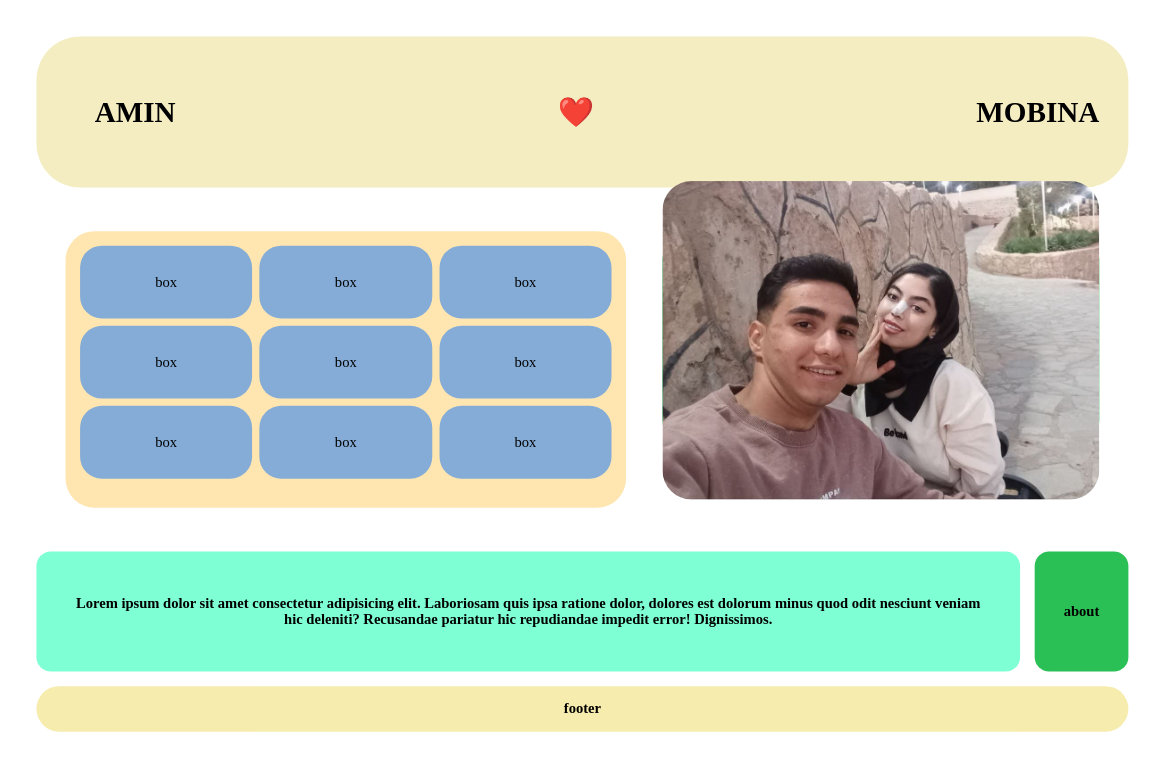
Repository: aminsheikhan/amins-github
Page: ui1.html
The author's editor kept a copy of each file at every save. The page is drawn from the files as they stood at one save, then again after the next save.
The browser window is 1280 px wide. The pictures show the whole page, at 91% of full size.

Above is the page before, as saved 2026-01-07 18:11:10.

After the next save:
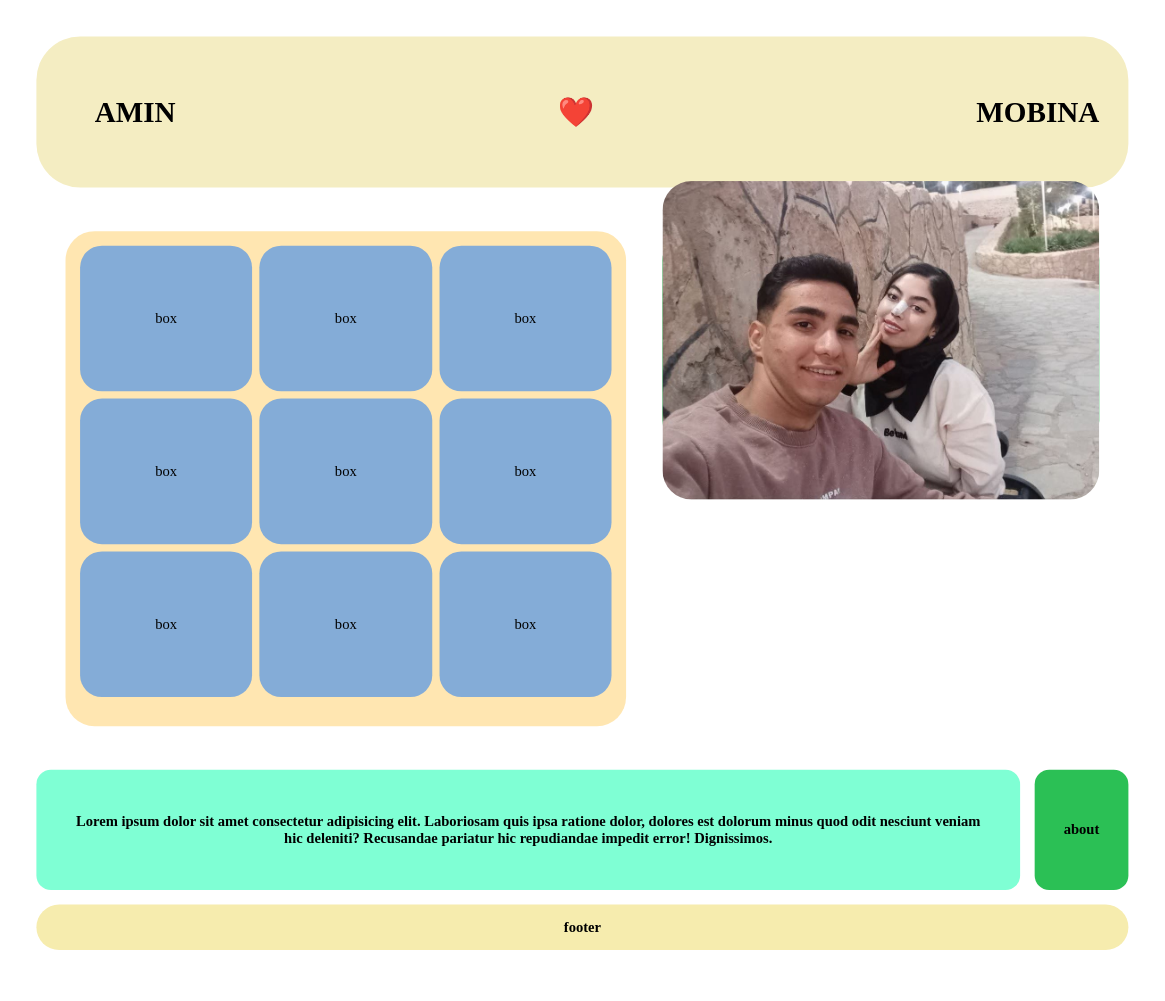
Saved 9 s later.
--- a/ui1.css
+++ b/ui1.css
@@ -80,7 +80,7 @@ body{
     height: 5rem;
     border-radius: 1.5rem;
     flex-basis: calc(33.33% - 0.5rem);
-    min-height: ;
+    min-height: 10rem;
 }
 
 .main-second {
